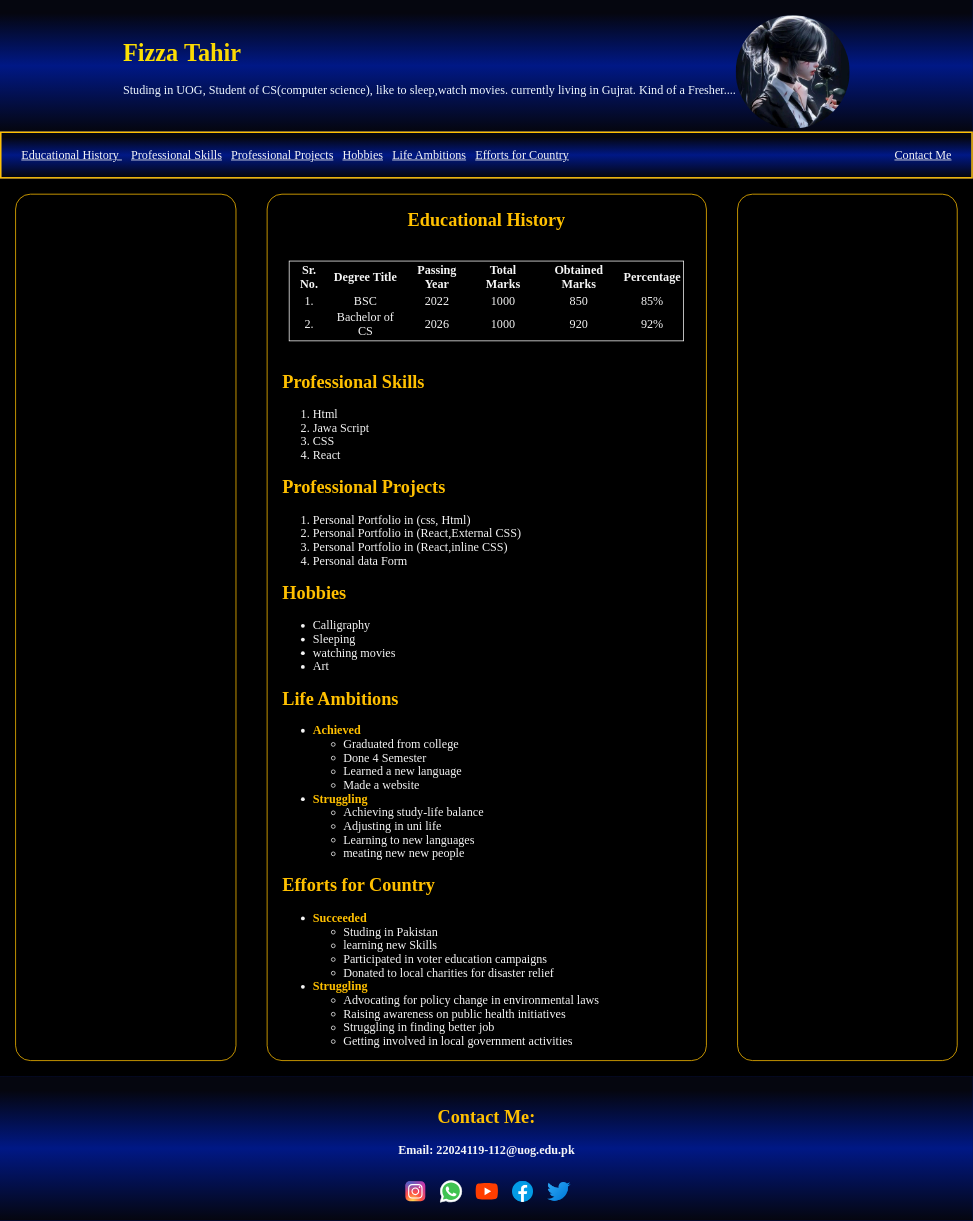
Repository: Fizza-112/project
Page: /
These files come from the project's save history. The page is drawn as it stood at one moment and after the next save; the edit follows.
The browser window is 1280 px wide. The pictures show the whole page, at 76% of full size.
The project was rebuilt for these pictures with package versions that can differ from the ones it lists, and the page was loaded fresh each time. Also part of the build but not shown: vite.config.ts.

Above is the page before, as saved 2024-09-18 12:08:35.

### src/App.tsx

import "./App.css"
import profileimg from "./assets/WhatsApp Image 2024-09-06 at 9.05.18 AM.jpeg"

import instaimg from "./components/icons8-insta.svg"
import whatsappimg from "./components/icons8-whatsapp.svg"
import youtubeimg from "./components/icons8-youtube.svg"
import facebookimg from "./components/facebook icon.png"
import twitterimg from "./components/twitter.png"

const App = () => {
  return (
    <>
    <header>
    <div> <h1 id='name'><b>Fizza Tahir</b></h1>
    <p id="intro">Studing in UOG, Student of CS(computer science),
    like to sleep,watch movies. currently living in Gujrat. Kind of a Fresher....</p>
    </div>
    <div>
      <img  src={profileimg} alt='image' id="image"/>
    </div>
    </header>

    <nav id="nav">
      <div>
  <a href='#EducationalHistory'>Educational History </a>
  <a href='#ProfessionalSkills'>Professional Skills</a>
  <a href="#ProfessionalProjects">Professional Projects</a>
  <a href="#Hobbies">Hobbies</a>
  <a href="#life-ambitions">Life Ambitions</a>
  <a href="#efforts-for-country">Efforts for Country</a>
  </div>
  <div>
  <a href="#Contact-Me">Contact Me</a>
  </div>
</nav>

<div className="div">
<div id="blank-div"></div>

<div id='main-contant'>

  <div id="EducationalHistory">

    <h2 className='nam'>Educational History</h2>
        <table>
            <thead>
                <tr>
                    <th>Sr. No.</th>
                    <th>Degree Title</th>
                    <th>Passing Year</th>
                    <th>Total Marks</th>
                    <th>Obtained Marks</th>
                    <th>Percentage</th>
                </tr>
            </thead>
            <tbody>
                <tr>
                    <td>1.</td>
                    <td>BSC</td>
                    <td>2022</td>
                    <td>1000</td>
                    <td>850</td>
                    <td>85%</td>
                </tr>
                <tr>
                    <td>2.</td>
                    <td>Bachelor of CS</td>
                    <td>2026</td>
                    <td>1000</td>
                    <td>920</td>
                    <td>92%</td>
                </tr>
            </tbody>
        </table>

  </div>

  <div id="ProfessionalSkills">
<h2 className='nam'>Professional Skills</h2>
<ol>
<li>Html</li>
<li>Jawa Script</li>
<li>CSS</li>
<li>React</li>
</ol>
   </div>

  <div id="ProfessionalProjects">
<h2 className='nam'>Professional Projects</h2>
<ol>
<li>Personal Portfolio in (css, Html)</li>
<li>Personal Portfolio in (React,External CSS)</li>
<li>Personal Portfolio in (React,inline CSS)</li>
<li>Personal data Form</li>
</ol>
   </div>

  <div id="Hobbies">
<h2 className='nam'>Hobbies</h2>
<ul>
<li>Calligraphy</li>
<li>Sleeping</li>
<li>watching movies</li>
<li>Art</li>
</ul>
   </div>

   <div id="life-ambitions">
    <h2 className='nam'>Life Ambitions</h2>
    <ul>
      <li><b className='nam'>Achieved</b></li>
      <ul>
        <li>Graduated from college</li>
        <li>Done 4 Semester </li>
        <li>Learned a new language</li>
        <li>Made a website </li>
      </ul>
      <li><b className='nam'>Struggling</b></li>
      <ul>
        <li>Achieving study-life balance</li>
        <li>Adjusting in uni life</li>
        <li>Learning to new languages</li>
        <li>meating new new people</li>
      </ul>
    </ul>
    </div>

    <div id="efforts-for-country">
    <h2 className='nam'>Efforts for Country</h2>
    <ul>
      <li><b className='nam'>Succeeded</b></li>
      <ul>
        <li>Studing in Pakistan</li>
        <li>learning new Skills</li>
        <li>Participated in voter education campaigns</li>
        <li>Donated to local charities for disaster relief</li>
      </ul>
      <li><b className='nam'>Struggling</b></li>
      <ul>
        <li>Advocating for policy change in environmental laws</li>
        <li>Raising awareness on public health initiatives</li>
        <li>Struggling in finding better job</li>
        <li>Getting involved in local government activities</li>
      </ul>
    </ul>
  </div>

  </div>
  <div id="end"></div>
  </div>

<div id="Contact-Me">
  <footer id='footer'>
<h2 className='con'>Contact Me: </h2>
<h4> Email: 22024119-112@uog.edu.pk</h4>
<div id="logo">
  <a href="https://www.instagram.com/" target='_blank'><img src={instaimg} alt='icon' className='icons'></img></a>
  <a href="https://web.whatsapp.com/" target='_blank'><img src={whatsappimg} alt='icon' className='icons'></img></a>
  <a href="https://www.youtube.com/" target='_blank'><img src={youtubeimg} alt='icon' className='icons'></img></a>
  <a href="https://www.facebook.com/login/?next=https%3A%2F%2Fwww.facebook.com%2F" target='_blank'><img src={facebookimg} alt='icon' className='icons'></img></a>
  <a href="https://twitter.com/i/flow/login" target='_blank'><img src={twitterimg} alt='icon' className='icons'></img></a>

</div>
  </footer>
  </div>
    </>
  )
}

export default App

### src/App.css
body{
  margin: 0px;
  padding: 0px;

  /* background-color:bisque;
  background-image: linear-gradient(19deg, bisque 0%, #989fff 100%);
   */
   /* background-color:bisque;
background-image: linear-gradient(62deg, bisque 0%, #945cfd 100%); */
/* background-color: #001886;
background-image: linear-gradient(43deg, #001886 0%, #05060f 46%, #001886  100%); */
background-color:black;



}
header{
  display: flex;
  align-items: center;
  justify-content: center;
  width: 100%;
  color:aliceblue;
  background-color: #001886;
  background-image: linear-gradient(180deg, #05060f 10%,#001886   50%, #05060f 100%);
/* background-image: linear-gradient(43deg, #001886 0%, #05060f 46%, #001886  100%);  */
}
#name{
  /*
  /* color:#880808;
  color:#ffc000; */
  background: -webkit-linear-gradient(62deg, #fde403 0%, #efa400 100%);
  -webkit-background-clip: text;
  -webkit-text-fill-color: transparent;

}
#image{
  width: 150px;
  margin-left: auto !important; /* This pushes the image to the right */
  border-radius: 50%;
  margin-top: 20px;

}
#nav{
  display: flex;
  align-items:center;
  justify-content: space-between;
   padding: 20px;
   background-color:  #001886;
   background-image: linear-gradient(180deg, #05060f 10%,#001886   50%, #05060f 100%);
   /* background-image: linear-gradient(180deg, #001886 10%, #05060f 50%, #001886  100%); */
   /* background-color: #001886;
   background-image: linear-gradient(43deg, #001886 0%, #05060f 46%, #001886  100%);  */


  border: 2px solid #ffc000;
}

.div{
  display: flex;


}
#blank-div{
width: 25%;
border: 1px solid #ffc000 ;
                    /*    left box contant border */
margin: 20px;
border-radius:20px;
}
#main-contant{
  width: 50%;
  border: 1px solid #ffc000;      /*center contant border*/
  margin: 20px;
border-radius:20px;
}
#end{
  width: 25%;
  border: 1px solid #ffc000;     /*right contant border*/

  margin: 20px;
  border-radius:20px;

}
a{
  color:whitesmoke;
  margin: 6px;

}
table{
  border: 1px solid whitesmoke;       /*table border*/
  justify-content:center;
  align-items:center;
  text-align: center;
 width: 90%;
  margin: 20px;


}
#EducationalHistory{
  color:whitesmoke;
  width:100%;
  display:flex;
  flex-direction: column;
  justify-content: center;
  align-items:center;
}
#ProfessionalSkills{
  margin-left: 20px;
  color:whitesmoke;
}
#ProfessionalProjects{
  margin-left: 20px;
  color:whitesmoke;
}
#Hobbies{
  margin-left: 20px;
  color:whitesmoke;
}
#life-ambitions{
  margin-left: 20px;
  color:whitesmoke;
}
#efforts-for-country{
  margin-left: 20px;
  color:whitesmoke;
}
.nam{
  color:#ffc000;
}
.con{
 color:#ffc000;

}
#footer{
  text-align: center;
  background-color:  #001886;
background-image: linear-gradient(180deg, #05060f 10%,#001886   50%, #05060f 100%);
/*
  background-color: #001886;
  background-image: linear-gradient(43deg, #001886 0%, #05060f 46%, #001886  100%);  */

  color:whitesmoke;
  margin: 20px, 0px 0px, 0px;
  padding:20px;

  height: 150px;

}
#logo{
  display: flex;
  justify-content: center;
  align-items:center;
}
.icons{
  width: 35px;
  height: auto;
}

Loaded but not shown: index.html (common file); src/main.tsx (common file); src/index.css (no stored copy; drawn as an empty file)

After the next save:
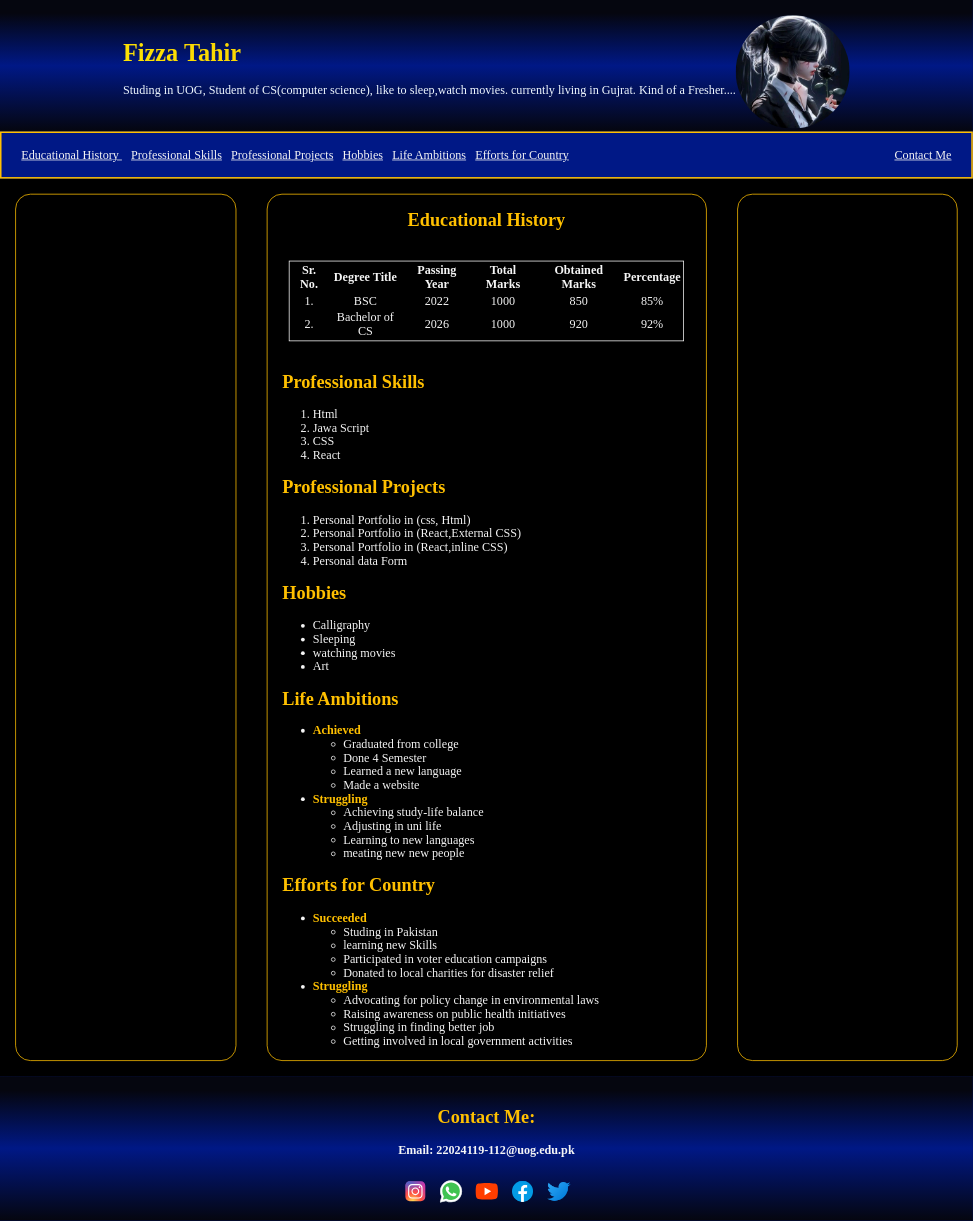
Saved 43 s later.
--- a/src/App.css
+++ b/src/App.css
@@ -46,7 +46,7 @@ header{
   justify-content: space-between;
    padding: 20px;
    background-color:  #001886;
-   background-image: linear-gradient(180deg, #05060f 10%,#001886   50%, #05060f 100%);
+   /* background-image: linear-gradient(180deg, #05060f 10%,#001886   50%, #05060f 100%); */
    /* background-image: linear-gradient(180deg, #001886 10%, #05060f 50%, #001886  100%); */
    /* background-color: #001886;
    background-image: linear-gradient(43deg, #001886 0%, #05060f 46%, #001886  100%);  */
